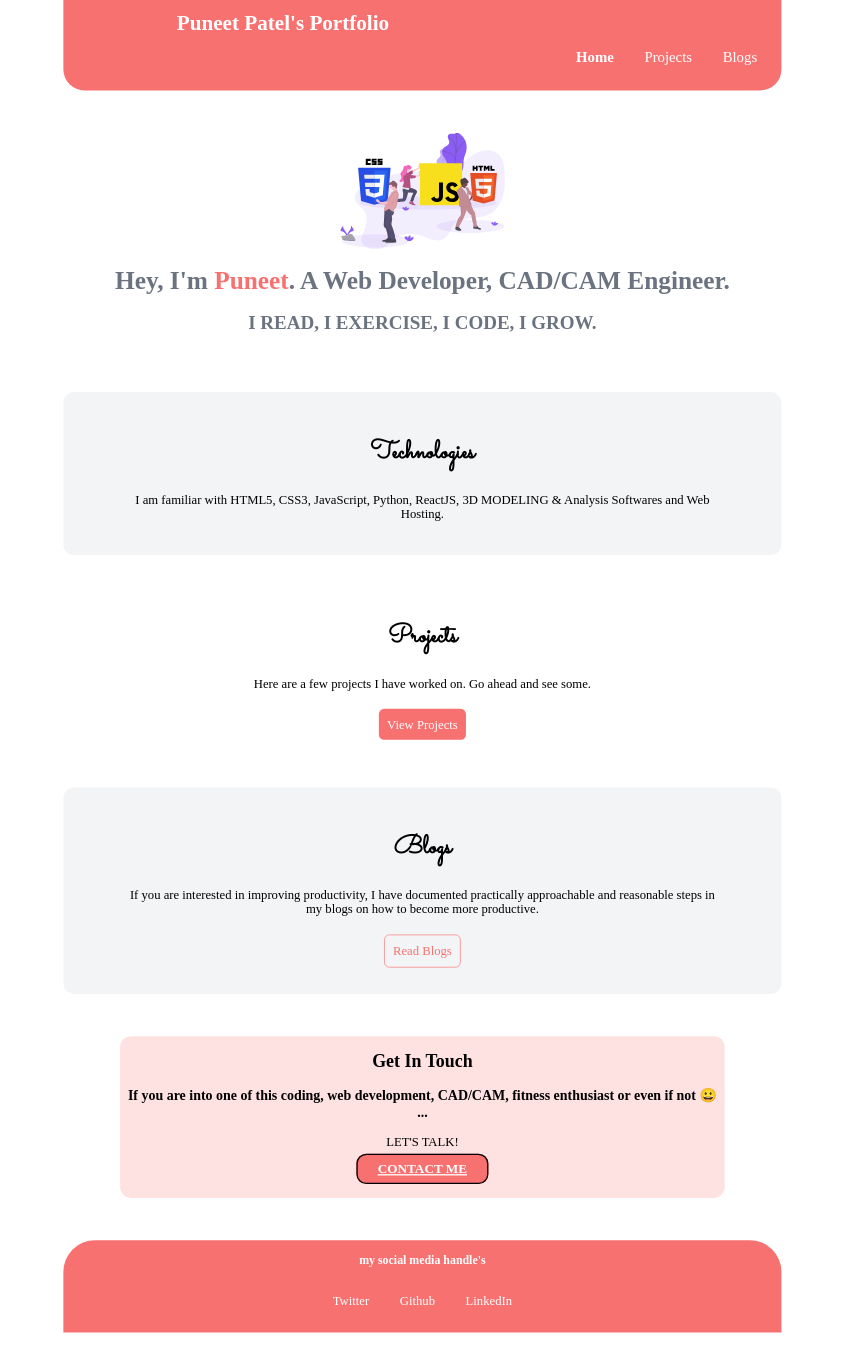
Repository: PuneetP16/Portfolio
Page: index.html
An editor plug-in stored every save of this project. The page is shown before and after the next save, followed by the edit.
The browser window is 1280 px wide. The pictures show the whole page, at 66% of full size.
Some web fonts or font styles are not loaded; a fallback is used.

Above is the page before, as saved 2021-12-10 10:51:05.

### index.html
<!DOCTYPE html>
<html lang="en">

<head>
  <meta charset="UTF-8" />
  <meta name="viewport" content="width=device-width, initial-scale=1.0" />
  <title>Home | Puneet Patel's Portfolio</title>
  <link rel="stylesheet" href="/style.css" />
  <link rel="shortcut icon" href="favicon.ico" type="image/x-icon" />


</head>

<body>
  <nav class="navigation">
    <div class="nav-head">
      <a class="link-without-decoration" href="/"> Puneet Patel's Portfolio </a>
    </div>
    <ul class="list-non-bullet nav-pills">
      <li class="list-item-inline">
        <a class="link link-active" href="/">Home</a>
      </li>
      <li class="list-item-inline">
        <a class="link" href="projects.html">Projects</a>
      </li>
      <li class="list-item-inline">
        <a class="link" href="blogs.html">Blogs</a>
      </li>
    </ul>
  </nav>

  <header class="hero">
    <img class="hero-img" src="Images/hero.svg" alt="Welcome Home" />
    <h1 class="hero-heading">Hey, I'm <span>Puneet</span>. A Web Developer, CAD/CAM Engineer.</h1>
    <h2 class="hero-heading">
      I READ, I EXERCISE, I CODE, I GROW.
      <!-- I READ &#128218; <br>I RUN &#127939; I CODE &#x1F4BB; -->
    </h2>
  </header>

  <section class="section ow">
    <div class="container container-center">
      <h1>Technologies</h1>
      <p>I am familiar with HTML5, CSS3, JavaScript, Python, ReactJS, 3D MODELING & Analysis Softwares and Web Hosting.</p>
    </div>
  </section>

  <section class="section">
    <div class="container container-center">
      <h1>Projects</h1>
      <p>Here are a few projects I have worked on. Go ahead and see some.</p>
      <a class="link link-primary" href="projects.html">View Projects</a>
    </div>
  </section>

  <section class="section ow">
    <div class="container container-center">
      <h1>Blogs</h1>
      <p>
        If you are interested in improving productivity, I have documented practically approachable and reasonable steps in my blogs on how to become more productive.
      </p>
      <a class="link link-secondary" href="blogs.html">Read Blogs</a>
    </div>
  </section>
  <section class="section">
    <div class="contact-me container container-center">
      <h2 class="contact-title">Get In Touch</h2>
      <h3 class="contact-text">If you are into one of this coding, web development, CAD/CAM, fitness enthusiast or even if not &#128512; ...</h3>
      <p class="contact-message">LET'S TALK!</p>
      <a class="btn container container-center" href="mailto:patelpunit95@gmail.com">CONTACT ME</a>
    </div>
  </section>

  <footer class="footer">
    <div class="footer-header">my social media handle's</div>
    <ul class="social-links list-non-bullet">
      <li class="list-item-inline">
        <a class="link" href="https://twitter.com/PatelPuneet16" target="_blank">Twitter</a>
      </li>
      <li class="list-item-inline">
        <a class="link" href="https://github.com/PuneetP16" target="_blank">Github</a>
      </li>
      <li class="list-item-inline">
        <a class="link" href="https://www.linkedin.com/in/puneet-patel-96b607a0/" target="_blank">LinkedIn</a>
      </li>
    </ul>
  </footer>
</body>

</html>

### style.css
@import url('https://fonts.googleapis.com/css2?family=Fuzzy+Bubbles&family=Merriweather&family=Montserrat:ital,wght@0,400;1,500&family=Sacramento&display=swap');

:root {
  --primary-color: #F87171;
  --off-white: #f3f4f6;
  --dark-gray: #6b7280;
}

body {
  font-family: 'Fuzzy Bubbles', cursive;
  max-width: 85%;
  margin: 0px auto;
  font-size: 1.2rem;
}

.container {
  padding-left: 1rem;
  padding-right: 1rem;
}

.container-center {
  max-width: 900px;
  width: 100%;
  margin: auto;
}

.container-center h1 {
  font-family: 'Sacramento', cursive;
  font-size: 2.4rem;
}

hr {
  margin: 2rem 0;
}

/** links **/
.link {
  text-decoration: none;
  border-radius: 0.5rem;
  padding: 0.8rem 0.8rem;
  margin-top: 0.5rem;
  margin-bottom: 0.5rem;
  display: inline-block;
}

.link-primary {
  background-color: var(--primary-color);
  color: white;
}

.link-secondary {
  border: 1px solid var(--primary-color);
  color: var(--primary-color);
}

.link-without-decoration {
  display: block;
  text-decoration: none;
  color: white;
  font-size: 2rem;
  margin: auto;
  text-align: center;
  margin-right: 40%;
}

/** Lists **/
.list-non-bullet {
  list-style: none;
  padding-inline-start: 0px;
  margin-block-end: 0px;
}

.list-item-inline {
  display: inline;
  padding: 0rem 0.5rem;
}

.list-item-container {
  padding: 1rem;
  text-align: center;
  border-radius: 1rem;
  margin-top: 1rem;
  margin-bottom: 3rem;
}

/** Navigation **/
.navigation {
  background-color: var(--primary-color);
  color: white;
  padding: 1rem;
  margin-bottom: 2rem;
  border-bottom-left-radius: 2rem;
  border-bottom-right-radius: 2rem;
}

.navigation .nav-head {
  font-weight: bold;
  font-size: 1.2rem;
}

.navigation .nav-pills {
  text-align: right;
  margin-top: 0px;
}

.navigation .link {
  color: white;
  font-size: 1.4rem;
}

.navigation .link-active {
  font-weight: bold;
}

/** Header **/
.hero {
  padding: 2rem;
}

.hero .hero-img {
  max-width: 250px;
  display: block;
  margin: auto;
}

.hero .hero-heading {
  color: var(--dark-gray);
  text-align: center;
}

.hero .hero-heading span {
  color: var(--primary-color);
}
/** Sections **/

.section {
  margin-top: 2rem;
  padding: 2rem;
  border-radius: 1rem;
  text-align: center;
}

.section p {
  font-size: 1.2rem;
}

.ow {
  background-color: var(--off-white);
}

/** Footer **/
.footer {
  background-color: var(--primary-color);
  color: white;
  margin-top: 2rem;
  padding: 2rem;
  padding-top: 20px;
  padding-bottom: 16px;
  border-top-right-radius: 1rem;
  text-align: center;
  border-top-left-radius: 3rem;
  border-top-right-radius: 3rem;
}

.footer .footer-header {
  font-weight: bold;
  font-size: large;
}

.footer .link {
  color: white;
}

.footer .social-links {
  padding-inline-start: 0px;
  margin-top: 8 px;
}

/** Blog Styling **/

.blog-container {
  padding-left: 1rem;
  padding-right: 1rem;
}

.blog-container-center {
  max-width: 700px;
  width: 100%;
  margin: auto;
}

div .blog-paragraph {
  margin-top: 2rem;
  margin-bottom: 2rem;
  line-height: 1.6;
}

div .blog-h2 {
  margin-top: 2rem;
  margin-bottom: 2rem;
}

div .blog-img {
  width: 100%;
  display: block;
}

div .blog-head {
  padding: 1rem;
}

/** blog footer **/

.blog-footer {
  color: Black;
  margin-top: 2rem;
  padding: 2rem;
  border-top-right-radius: 1rem;
  text-align: center;
}

.blog-footer .link {
  color: blue;
}

.main-head {
  font-weight: normal;
  margin-bottom: 0.5rem;
}

.quotes {
  text-align: center;
  font-size: 1.6rem;
  color:darkcyan;
}

.contact-me {
  background-color:#FEE2E2;
  padding: 0.05rem 0.5rem 2rem 0.5rem;
  border-radius: 1rem;
  font-size: 1.13rem;
}


.contact-me .btn{
  /* text-align: center;
  width: auto; */
  border-radius: 15px;
  font-size: 20px;
  font-weight: 600;
  background-color: var(--primary-color);
  color: white;
  padding: 10px 30px;
  border: 2px solid #000000;
  margin: auto;
  margin-top: 1rem;
  cursor: pointer;
  max-width: 85%;
}

.contact-me .btn:hover{
  background-color: #5FA8D3;
  color: #1B4965;
}

After the next save:
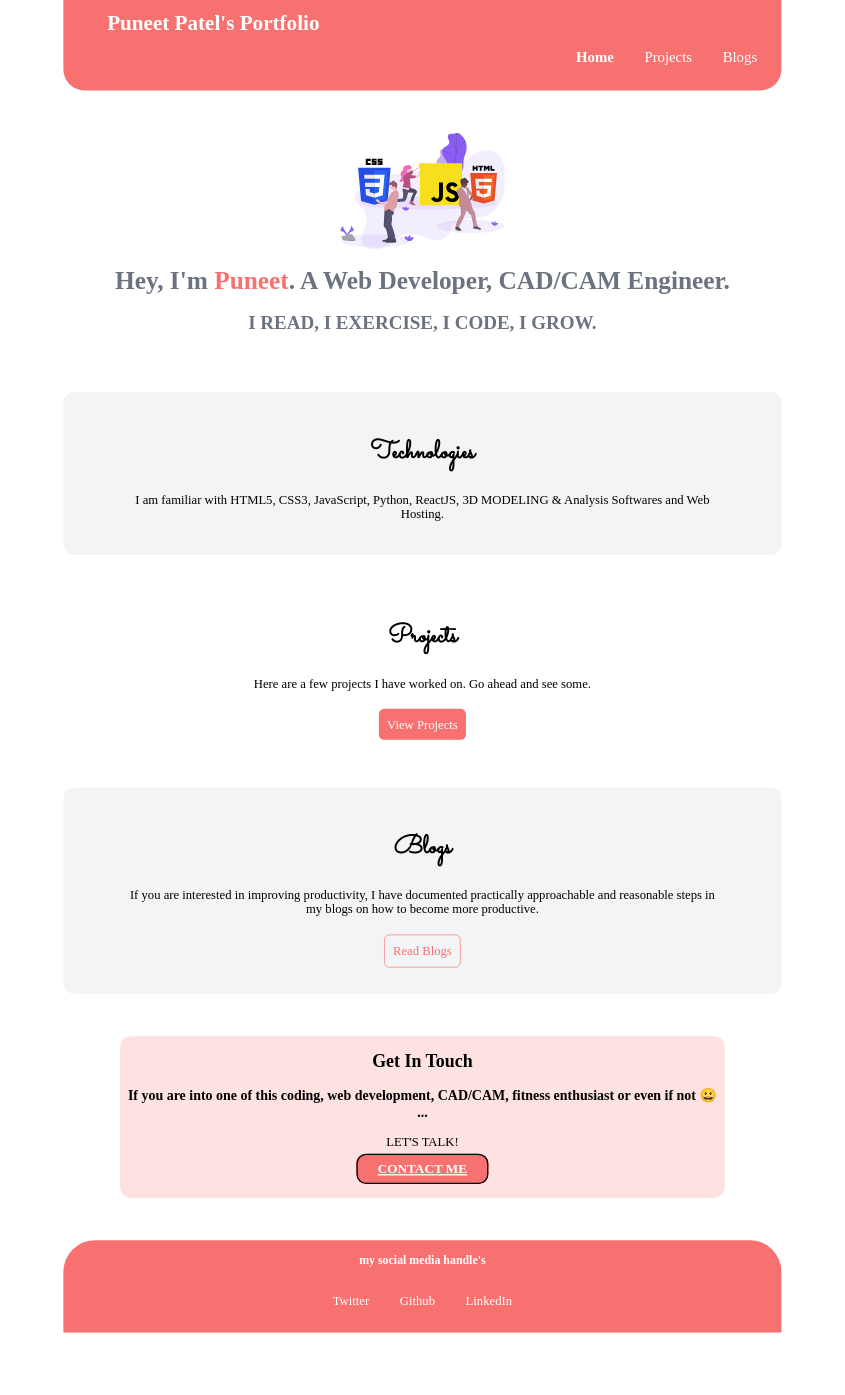
Saved 14 s later.
--- a/style.css
+++ b/style.css
@@ -60,7 +60,7 @@ hr {
   font-size: 2rem;
   margin: auto;
   text-align: center;
-  margin-right: 40%;
+  margin-right: 60%;
 }
 
 /** Lists **/
